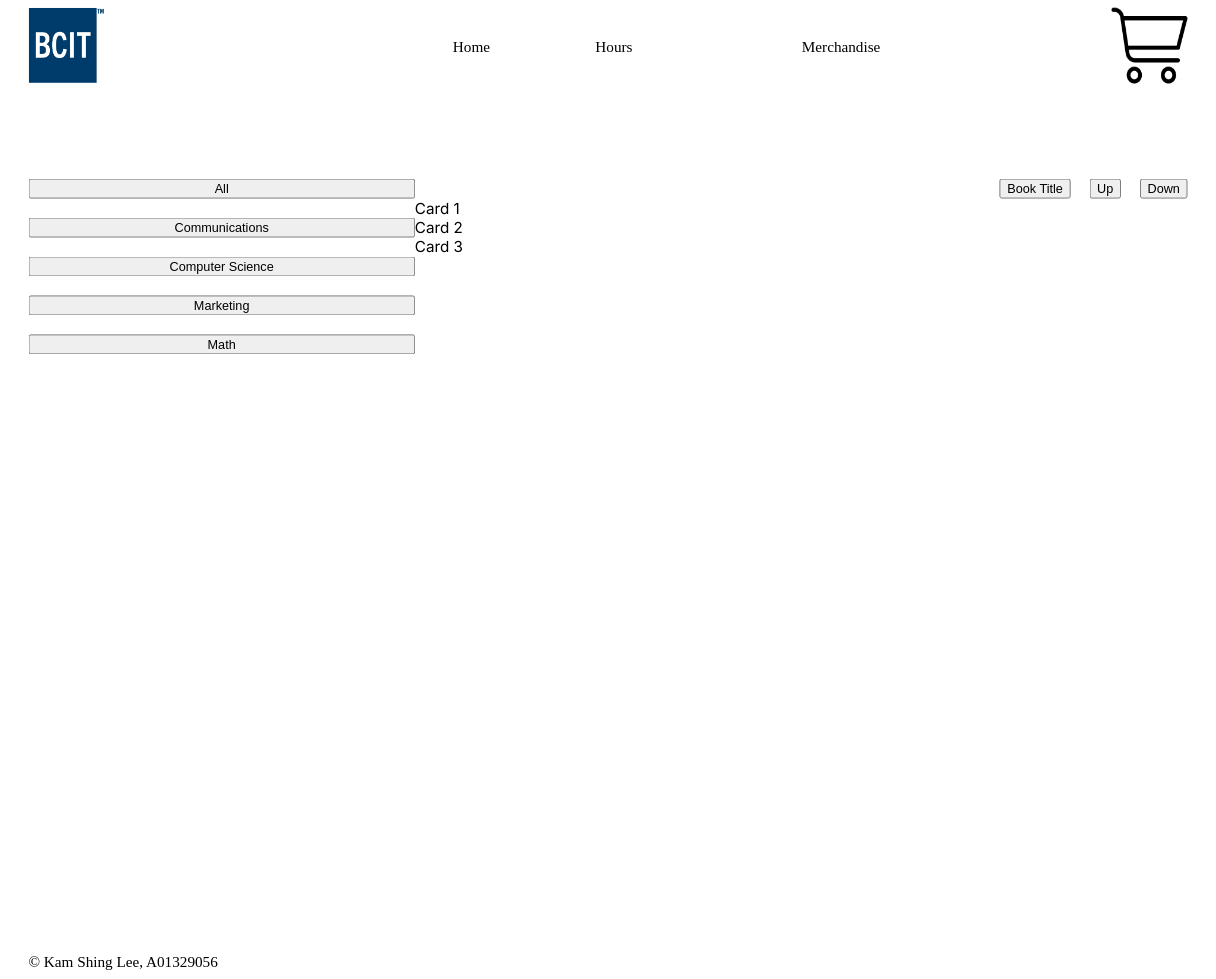
Repository: klee616/assessment3
Page: /
An editor plug-in stored every save of this project. The page is shown before and after the next save, followed by the edit.
The browser window is 1280 px wide. The pictures show the whole page, at 95% of full size.
The project was rebuilt for these pictures with package versions that can differ from the ones it lists, and the page was loaded fresh each time. The framework's server and built-in components were replaced by stand-ins that run in the browser. Also part of the build but not shown: next.config.mjs.

Above is the page before, as saved 2024-02-06 00:48:44.

After the next save:
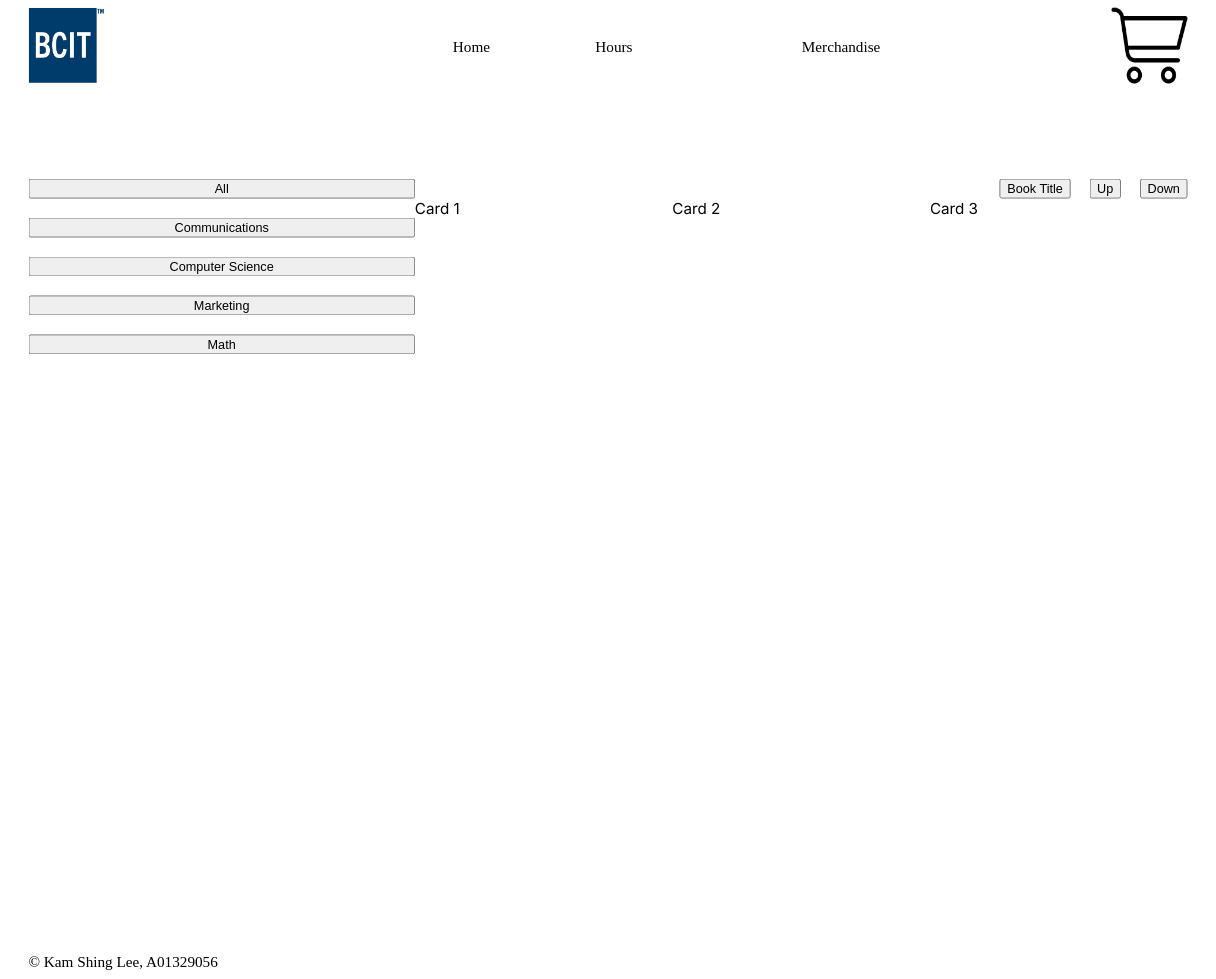
Saved 19 s later.
--- a/styles/Home.module.css
+++ b/styles/Home.module.css
@@ -14,7 +14,9 @@
 }
 
 .main-content-containera{
-
+  display: flex;
+  flex-direction: row;
+  flex-wrap: wrap;
 }
 .top-menu{
   display: flex;
